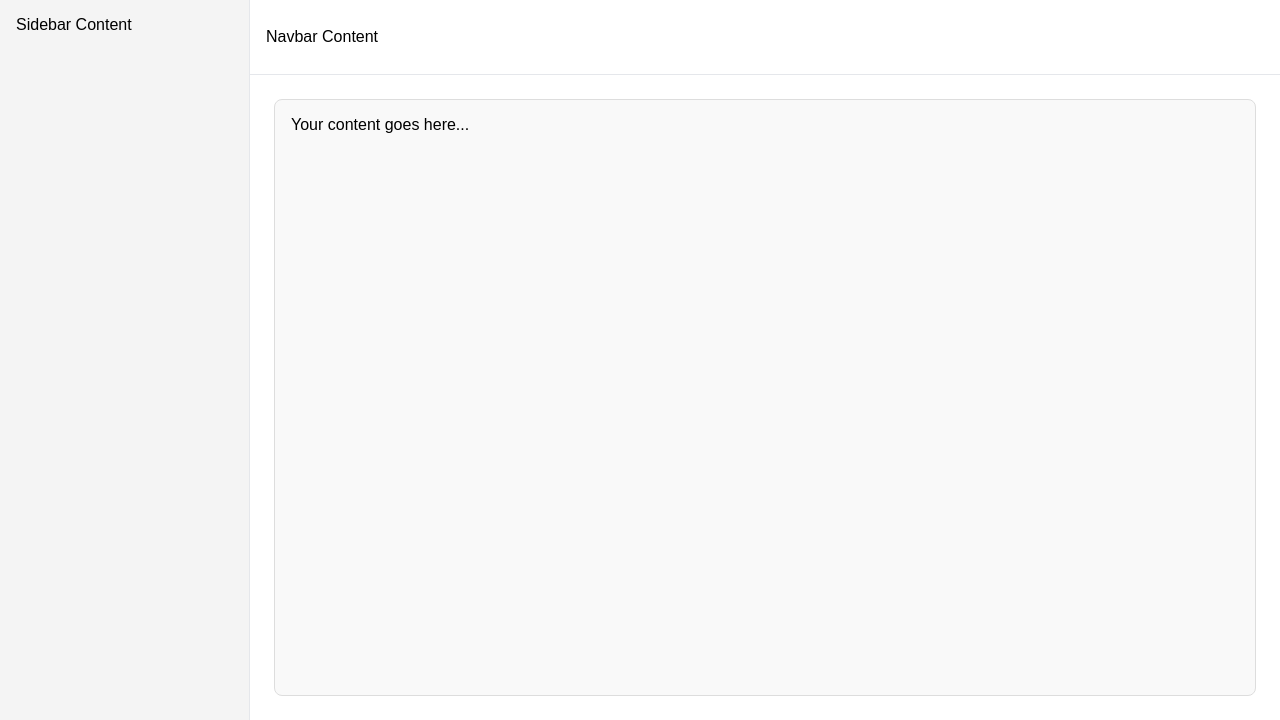
Repository: ahmad-dev7/TrendWear
Page: / (app in trend_wear_dashboard/)
The author's editor kept a copy of each file at every save. The page is drawn from the files as they stood at one save, then again after the next save.
The browser window is 1280 px wide. The pictures show the whole page.
The project was rebuilt for these pictures with package versions that can differ from the ones it lists, and the page was loaded fresh each time. Also part of the build but not shown: trend_wear_dashboard/vite.config.ts.

Above is the page before, as saved 2025-01-20 11:41:54.

After the next save:
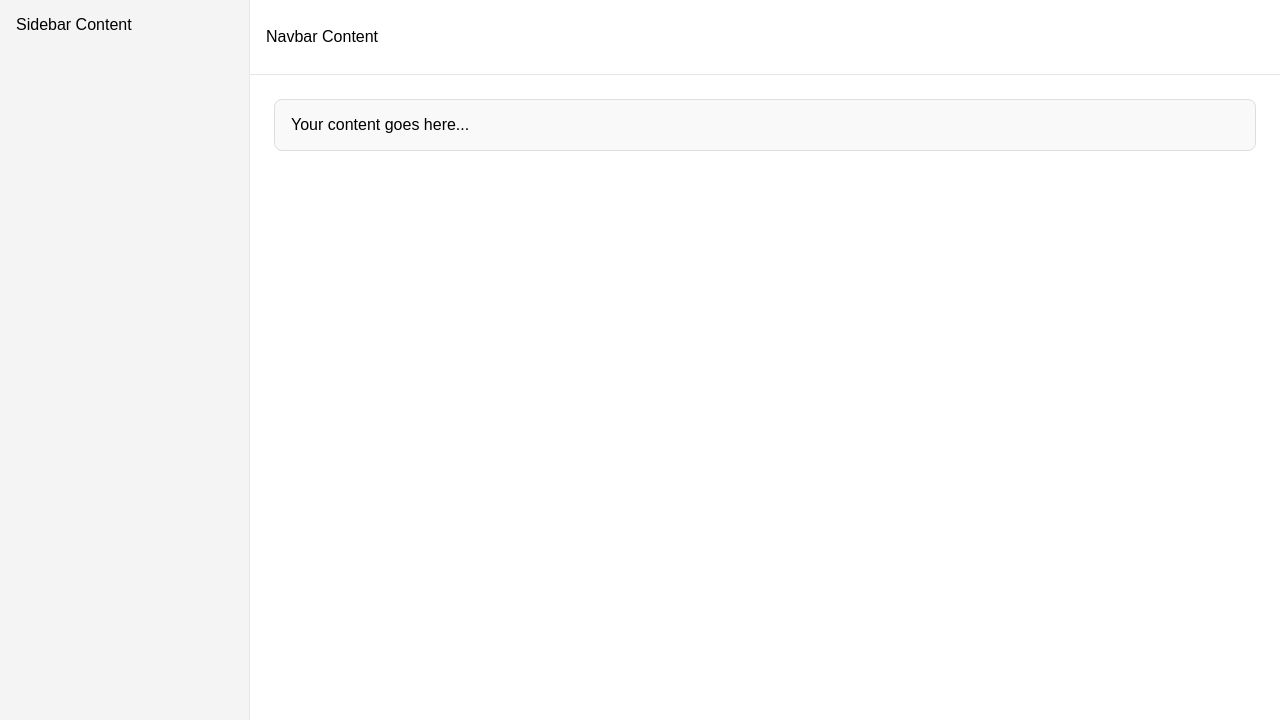
Saved 59 s later.
--- a/trend_wear_dashboard/src/App.css
+++ b/trend_wear_dashboard/src/App.css
@@ -80,8 +80,9 @@ html {
     border: 1px solid #ddd;
     border-radius: 8px;
     flex: 1;
+    height: 1100px;
     /* Ensures it stretches to take available space */
-    min-height: calc(100vh - 99px - 24px);
+    /* min-height: calc(100vh - 99px - 24px); */
     /* Full height minus margins and navbar */
     overflow: auto;
     /* Scrollable if content overflows */
